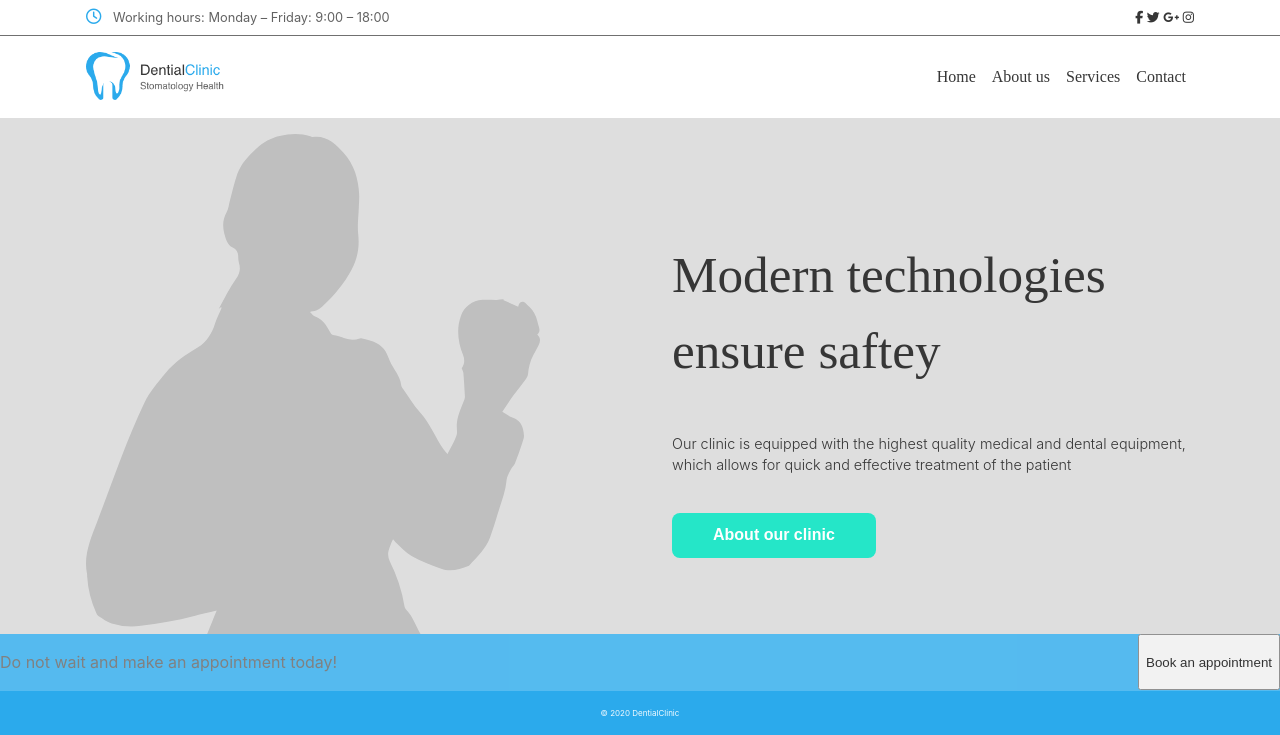
Repository: skepp4rn/uppgift1
Page: index.html
These files come from the project's save history. The page is drawn as it stood at one moment and after the next save; the edit follows.
The browser window is 1280 px wide. The pictures show the whole page.
Some web libraries are served in a nearby version.

Above is the page before, as saved 2020-12-03 14:21:44.

### index.html
<!DOCTYPE html>
<html lang="en">
<head>
    <meta charset="UTF-8">
    <meta name="viewport" content="width=device-width, initial-scale=1.0">
    <title>Document</title>

    <script src="https://kit.fontawesome.com/0abbda2fd3.js" crossorigin="anonymous"></script>
    <link rel="stylesheet" href="style.css">
</head>
<body>

    <nav class="navbar-top collapse">
        <div class="container">
            <div class="hours">
                <i class="far fa-clock"></i>
                Working hours: Monday – Friday: 9:00 – 18:00
            </div>
            <div class="#">
                <a href="#"><i class="fab fa-facebook-f"></i></a>
                <a href="#"><i class="fab fa-twitter"></i></a>
                <a href="#"><i class="fab fa-google-plus-g"></i></a>
                <a href="#"><i class="fab fa-instagram"></i></a>
            </div>
        </div>
    </nav>

    <nav class="navbar ">
        <div class="container">
            <a class="navbar-brand" href="#" >
                <img src="images/Logo.png" alt="">
            </a>
            <button class="navbar-toggler">
                <i class="fas fa-bars"></i>
            </button>
            <div class="collapse navbar-collapse">
                <div class="navbar-nav">
                    <a class="nav-link" href="#">Home</a>
                    <a class="nav-link" href="#">About us</a>
                    <a class="nav-link" href="#">Services</a>
                    <a class="nav-link" href="#">Contact</a>
                </div>
            </div>
        </div>
    </nav>

    <section id="showcase" class="bg-gray">
        <div class="container">
            <img src="images/placehold-girl.svg" alt="">
            <div class="content-box">
                <div class="content">
                    <h1>Modern technologies ensure saftey</h1>
                    <p>Our clinic is equipped with the highest quality medical and dental equipment, which allows for quick and effective treatment of the patient</p>
                    <button class="btn btn-green">About our clinic</button>
                </div>
            </div>
        </div>
    </section>












   <div class="grid">
        <section id="appointment bg-gray">
            <div class="bg-blue overlay">
                <div class="center-content">
                    <p>Do not wait and make an appointment today!</p>
                    <button>Book an appointment</button>
                </div>
            </div>
        </section>
        <footer class="d-flex justify-content-center bg-blue">
            <p>© 2020 DentialClinic</p>
        </footer>
    </div>

</body>
</html>

### style.css
* {
    box-sizing: border-box;
}

html, body {
    font-weight: 400;
    font-family: -apple-system, BlinkMacSystemFont, 'Segoe UI', Roboto, Oxygen, Ubuntu, Cantarell, 'Open Sans', 'Helvetica Neue', sans-serif;
    line-height: 1.5;
    font-size: 16px;
    margin: 0;
    padding: 0;
    color: #626262;
}

.border {
    border: 1px solid black;
}

a {
    color: #363636;
    text-decoration: none;
    background-color: transparent;
}

a:hover {
    color: #25E6C8;
}

.bg-dark {
   background: #333333;
   color: #ffffff;
}

.bg-light {
    background: #f7f7f7;
    color: #333333;
}

.bg-gray {
    background-color: #DEDEDE;

}



.btn {
    display: inline-block;
    font-weight: 400;
    text-align: center;
    vertical-align: middle;
    padding: 0.80rem 2.5rem;
    border-radius: 0.5rem;
    border: 1px solid transparent;
    background-color: transparent;
    font-size: 1rem;

}

.btn-green {
    color: #ffffff;
    background-color: #25E6C8;
    font-weight: bold;
    margin-top: 1.4rem;


}

.btn-green:hover {
    cursor: pointer;
    background-color: #2BAAEC;
}



.collapse:not(.show) {
    display: none;
}

.container {
    width: 100%;
    padding: 0 1rem;
    margin: 0 auto;
}

.navbar-top {
    border-bottom: 1px solid #707070;
}

.navbar, .navbar-top {
    display: flex;
    justify-content: space-between;
    padding: 0.5rem 1rem;
}

.navbar .container, .navbar-top .container {
    display: flex;
    justify-content: space-between;
    align-items: center;
}

.navbar-top .container {
    font-size: 0.8rem;
}

.navbar-top .container .hours {
    color:#626262;
}

.navbar-top .container .hours i {
    color: #2BAAEC;
    margin-right: 0.5rem;
    font-size: 1.2em;
}

.navbar-top .container .socialmedia a {
    margin: 0 0.5rem;

}

.navbar-brand {
    display: inline-block;
    font-size: 1.5rem;
    color: black;
    margin-right: 1rem;
}

.navbar-brand img {
    height: 3rem;
    margin-top: 0.5rem;
}


.navbar-toggler {
    font-size: 2.5rem;
    color:#2BAAEC;
    background-color: transparent;
    border: 1px solid transparent;
}

.navbar-collapse {
    align-items: center;
}

.navbar-nav {
    display: flex;
    flex-direction: column;
    font-family: 'Roboto Slab', serif;

}

.nav-link {
    padding: 0;
    text-decoration: none;
}



#showcase .container {
    display: grid;
    grid-template-columns: 1fr 1fr;
    column-gap: 4rem;

    align-items: center;
}

#showcase .container img {
    height: 500px;
    margin-top: 1rem;


}

#showcase .container .content-box {
    align-self: center;
    color: #363636;
    font-weight: 300;
}

.content-box .content h1 {
    font-size: 3.2rem;
    font-family: 'Roboto Slab', serif;
    font-weight: 300;

}

.content-box .content p {
    font-size: 0.9rem;
}




.d-flex {
    display: flex;
}

.justify-content-center {
    justify-content: center;
}

#appointment {
    background-color: #DEDEDE;
}

.overlay {
    opacity: 80%;
    background-color: #2BAAEC;
}

.center-content {
    display: block;
    text-align: center;
}


footer {
    border-top: 1px solid rgb(255, 255, 255, 0.2);
    background-color: #2BAAEC;
    color: #f3fbff;
    text-align: center;
    padding: 0.5rem 0rem;
    font-size: 0.5rem;
}


@media (min-width: 768px) {
    .center-content {
        display: flex;
        justify-content: space-between;
    }
}









@media (min-width: 768px) {
    .nav-link {
        padding-right: 0.5rem;
        padding-left: 0.5rem;
    }

    .navbar-nav {
        flex-direction: row;
    }

    .navbar-toggler {
        display: none;
    }

    .collapse:not(.show) {
        display: flex;
    }

    .container {
        max-width: 720px;
    }

}

@media (min-width: 992px) {
    .container {
        max-width: 960px;
    }
}

@media (min-width: 1200px) {
    .container {
        max-width: 1140px;
    }
}

After the next save:
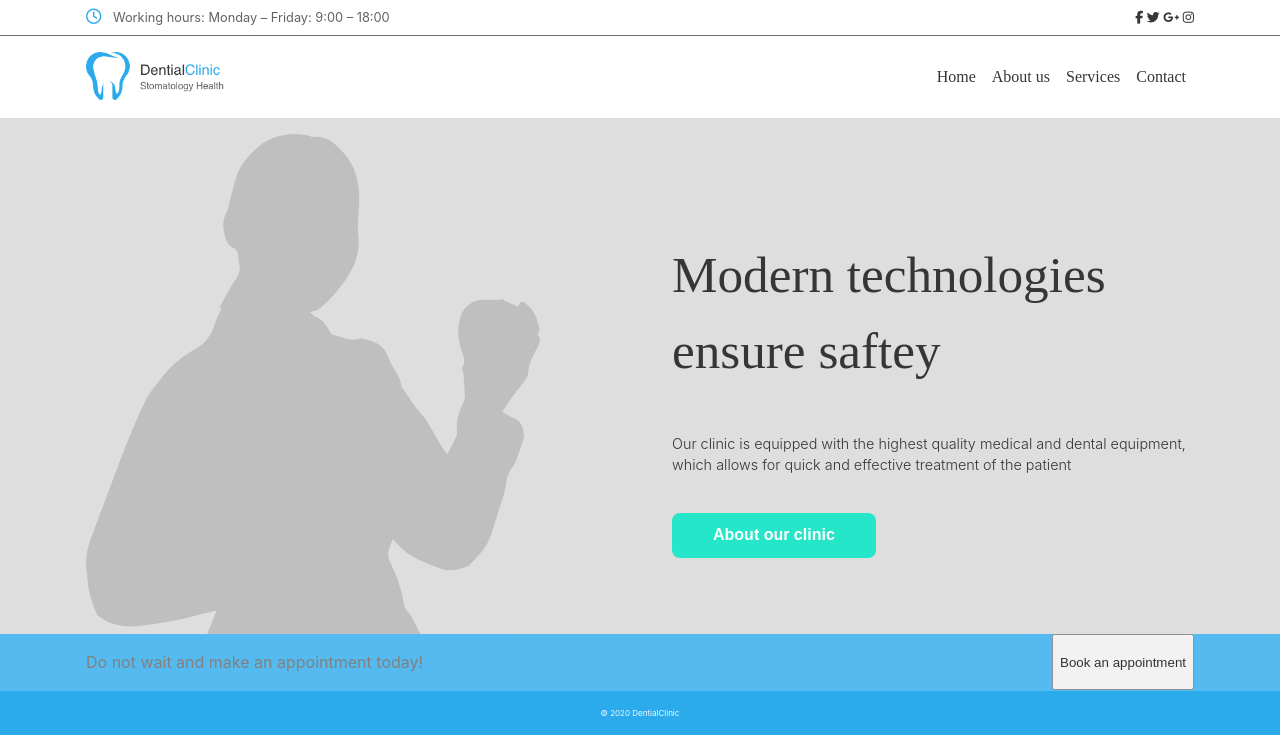
Saved 92 s later.
--- a/index.html
+++ b/index.html
@@ -71,9 +71,11 @@
    <div class="grid">
         <section id="appointment bg-gray">
             <div class="bg-blue overlay">
-                <div class="center-content">
-                    <p>Do not wait and make an appointment today!</p>
-                    <button>Book an appointment</button>
+                <div class="container">
+                    <div class="center-content">
+                        <p>Do not wait and make an appointment today!</p>
+                        <button>Book an appointment</button>
+                    </div>
                 </div>
             </div>
         </section>
